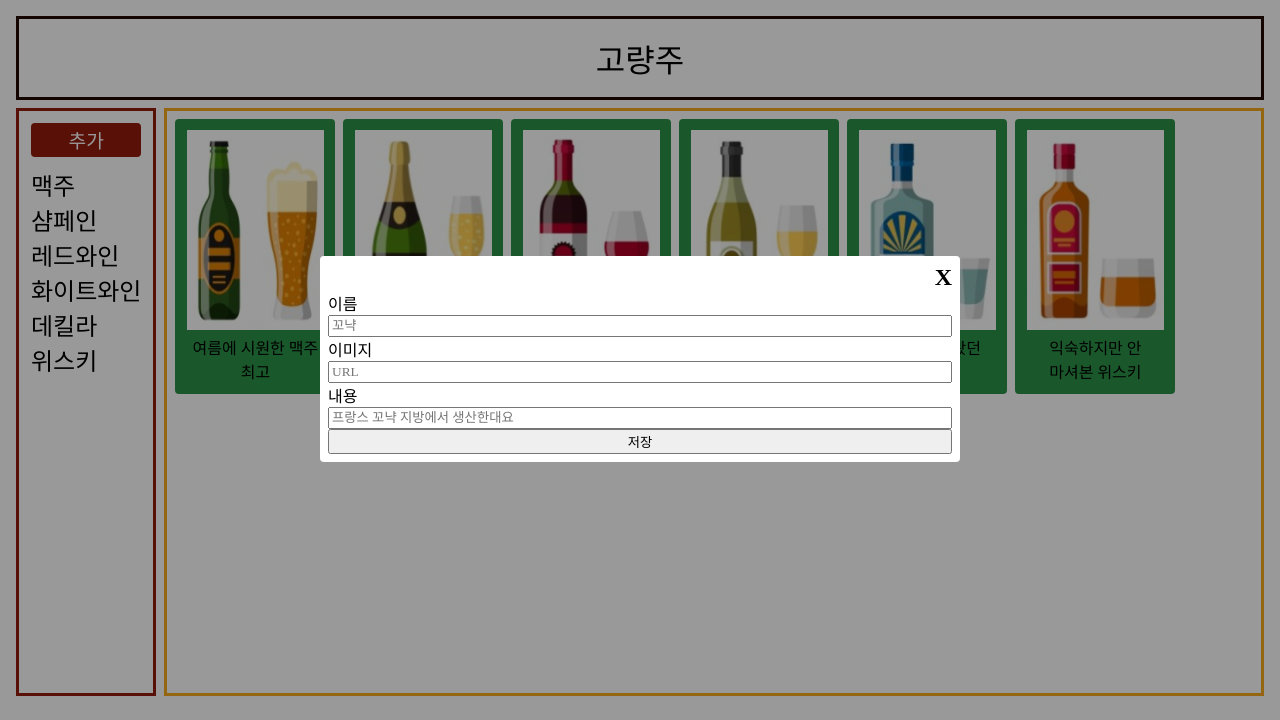
Repository: Jay-JYKim91/grj_2nd_week
Page: index.html
These files come from the project's save history. The page is drawn as it stood at one moment and after the next save; the edit follows.
The browser window is 1280 px wide. The pictures show the whole page.
Some web fonts or font styles are not loaded; a fallback is used.

Above is the page before, as saved 2022-05-16 16:50:39.

### index.html
<!DOCTYPE html>
<html lang="en">
<head>
    <meta charset="UTF-8">
    <meta http-equiv="X-UA-Compatible" content="IE=edge">
    <meta name="viewport" content="width=device-width, initial-scale=1.0">
    <title>고량주 2주차</title>
    <link rel="stylesheet" href="./styles.css">
    <script src="./main.js" defer></script>
</head>
<body>
    <header>
        <span>고량주</span>
    </header>
    <main>
        <aside>
            <button id="openModalBtn" class="btn">추가</button>
            <span>맥주</span>
            <span>샴페인</span>
            <span>레드와인</span>
            <span>화이트와인</span>
            <span>데킬라</span>
            <span>위스키</span>
        </aside>
        <section class="cards">
            <div class="card">
                <img src="./images/beer.png" alt="beer">
                <span>여름에 시원한 맥주 최고</span>
            </div>
            <div class="card">
                <img src="./images/champagne.png" alt="champagne">
                <span>사실 제일 좋아하는 샴페인</span>
            </div>
            <div class="card">
                <img src="./images/red_wine.png" alt="red_wine">
                <span>스테이크엔 역시 레드와인</span>
            </div>
            <div class="card">
                <img src="./images/white_wine.png" alt="white_wine">
                <span>홍합찜에 화이트와인 최고</span>
            </div>
            <div class="card">
                <img src="./images/tequila.png" alt="tequila">
                <span>미드에서만 봤던 데킬라</span>
            </div>
            <div class="card">
                <img src="./images/whiskey.png" alt="whiskey">
                <span>익숙하지만 안 마셔본 위스키</span>
            </div>
        </section>
    </main>

    <div id="addItemModal" class="modal">
        <form class="modal-content">
            <span class="close">X</span>
            <label for="name" class="label">이름</label>
            <input id="name" type="text" placeholder="꼬냑" class="input" maxlength="6" required/>
            <label for="image" class="label">이미지</label>
            <input id="image" type="text" placeholder="URL" class="input" required />
            <label for="content" class="label">내용</label>
            <input id="content" type="text" placeholder="프랑스 꼬냑 지방에서 생산한대요" class="input" required />
            <button type="submit" class="submit-button">저장</button>
        </form>
    </div>
</body>
</html>

### styles.css
@import url("https://fonts.googleapis.com/css2?family=Hahmlet:wght@400;500&display=swap");

* {
  box-sizing: border-box;
  font-family: "Hahmlet", serif;
}

html,
body {
  height: 100%;
  margin: 0;
}

body {
  padding: 1rem;
}

header {
  border: 3px solid #220901;
  padding: 0.5em;
  font-size: 2rem;
  text-align: center;
}

main {
  display: flex;
  margin: 0.5rem 0;
  gap: 0.5rem;
  height: calc(100% - 100px);
}

aside {
  display: flex;
  flex-direction: column;
  border: 3px solid #941b0c;
  padding: 0.5em;
  font-size: 1.5rem;
  min-width: max-content;
}

#openModalBtn {
  background-color: #941b0c;
  border-radius: 4px;
  border: 2px solid #941b0c;
  color: white;
  font-size: 1.2rem;
  margin-bottom: 0.5em;
}

#openModalBtn:hover {
  background-color: white;
  color: #941b0c;
  cursor: pointer;
}

.cards {
  display: flex;
  flex-wrap: wrap;
  border: 3px solid #f6aa1c;
  padding: 0.5em;
  gap: 0.5em;
  overflow-y: scroll;
  width: 100%;
}

.card {
  display: flex;
  flex-direction: column;
  background-color: #2b9348;
  padding: 0.7em;
  text-align: center;
  word-break: keep-all;
  height: fit-content;
  border-radius: 4px;
  width: 10rem;
}

.card img {
  height: 200px;
  margin-bottom: 0.3em;
}

@media only screen and (max-width: 600px) {
  .card {
    background-color: #ffff3f;
  }
}

@media only screen and (min-width: 601px) and (max-width: 768px) {
  .card {
    background-color: #d4d700;
  }
}

@media only screen and (min-width: 769px) and (max-width: 992px) {
  .card {
    background-color: #80b918;
  }
}

/* The Modal (background) */
.modal {
  /* display: none; Hidden by default */
  position: fixed; /* Stay in place */
  z-index: 1; /* Sit on top */
  left: 0;
  top: 0;
  width: 100%; /* Full width */
  height: 100%; /* Full height */
  overflow: auto; /* Enable scroll if needed */
  background-color: rgb(0, 0, 0); /* Fallback color */
  background-color: rgba(0, 0, 0, 0.4); /* Black w/ opacity */
}

/* Modal Content/Box */
.modal-content {
  background-color: white;
  margin: 20% auto; /* 15% from the top and centered */
  padding: 0.5em;
  border-radius: 4px;
  width: 50%; /* Could be more or less, depending on screen size */
  display: flex;
  flex-direction: column;
}

/* The Close Button */
.close {
  color: black;
  text-align: right;
  font-size: 1.5rem;
  font-weight: bold;
}

.close:hover,
.close:focus {
  cursor: pointer;
}

Loaded but not shown: main.js (common file)

After the next save:
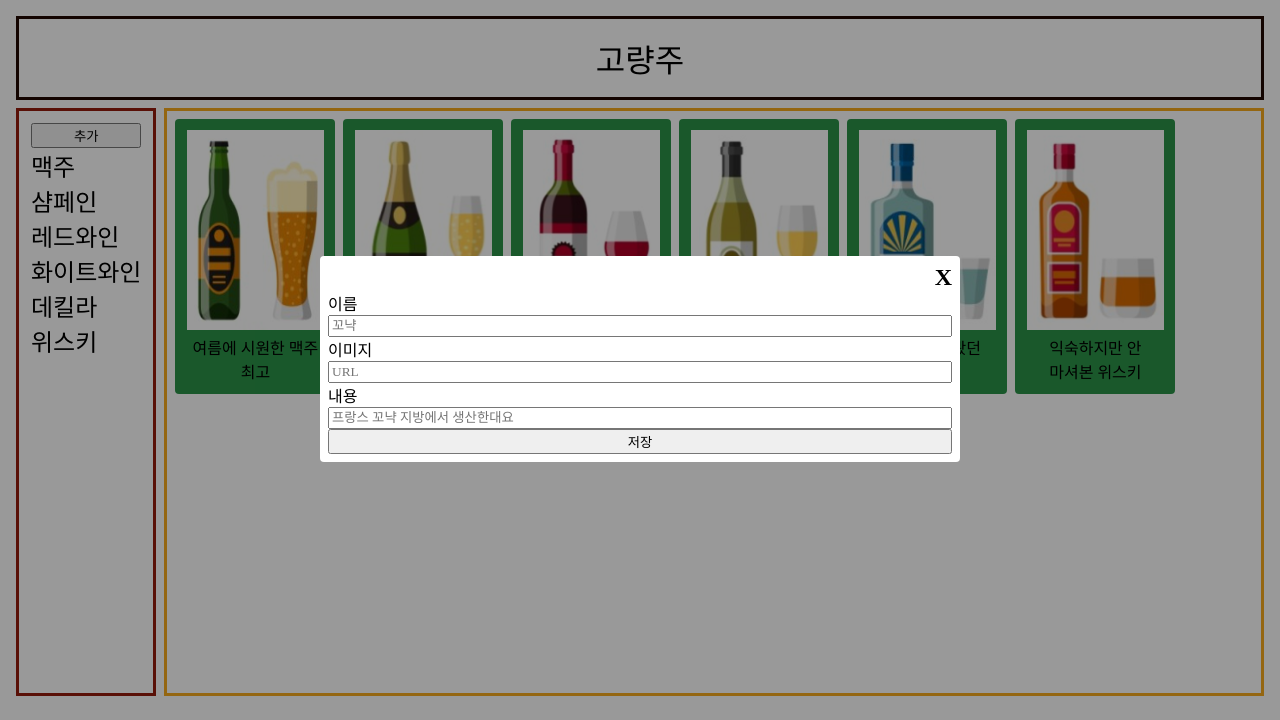
Saved 10 s later.
--- a/styles.css
+++ b/styles.css
@@ -38,7 +38,7 @@
   min-width: max-content;
 }
 
-#openModalBtn {
+#btn {
   background-color: #941b0c;
   border-radius: 4px;
   border: 2px solid #941b0c;
@@ -47,7 +47,7 @@
   margin-bottom: 0.5em;
 }
 
-#openModalBtn:hover {
+#btn:hover {
   background-color: white;
   color: #941b0c;
   cursor: pointer;

After the save that followed:
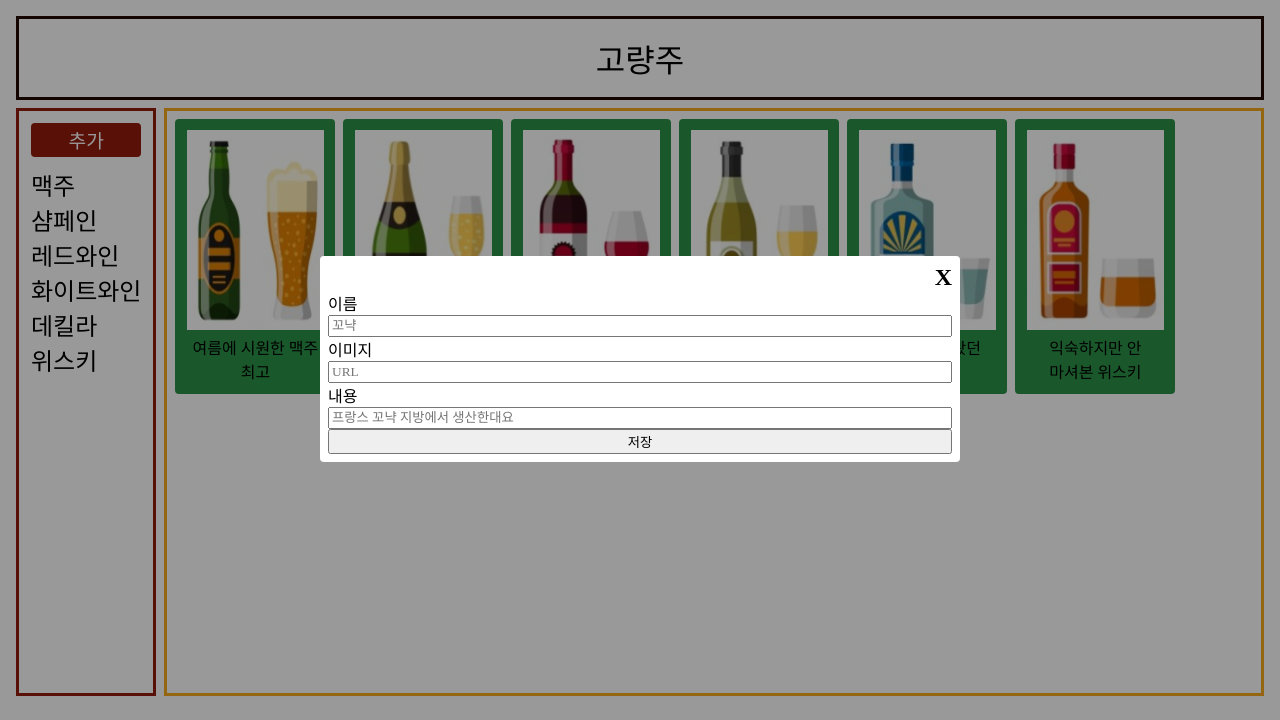
Saved 10 s later.
--- a/styles.css
+++ b/styles.css
@@ -38,7 +38,7 @@
   min-width: max-content;
 }
 
-#btn {
+.btn {
   background-color: #941b0c;
   border-radius: 4px;
   border: 2px solid #941b0c;
@@ -47,7 +47,7 @@
   margin-bottom: 0.5em;
 }
 
-#btn:hover {
+.btn:hover {
   background-color: white;
   color: #941b0c;
   cursor: pointer;
